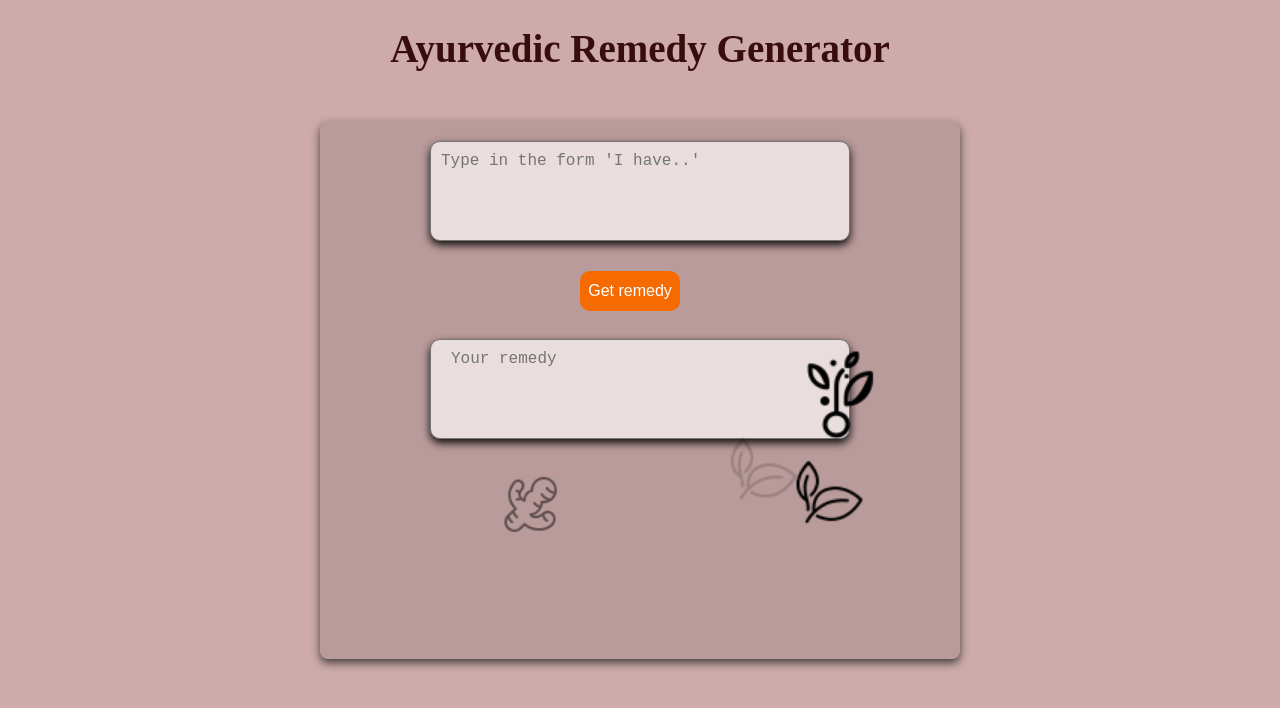
Repository: krutarthh/Ayurvedic-Remedy
Page: index.html
These files come from the project's save history. The page is drawn as it stood at one moment and after the next save; the edit follows.
The browser window is 1280 px wide. The pictures show the whole page.

Above is the page before, as saved 2024-04-07 15:17:18.

After the next save:
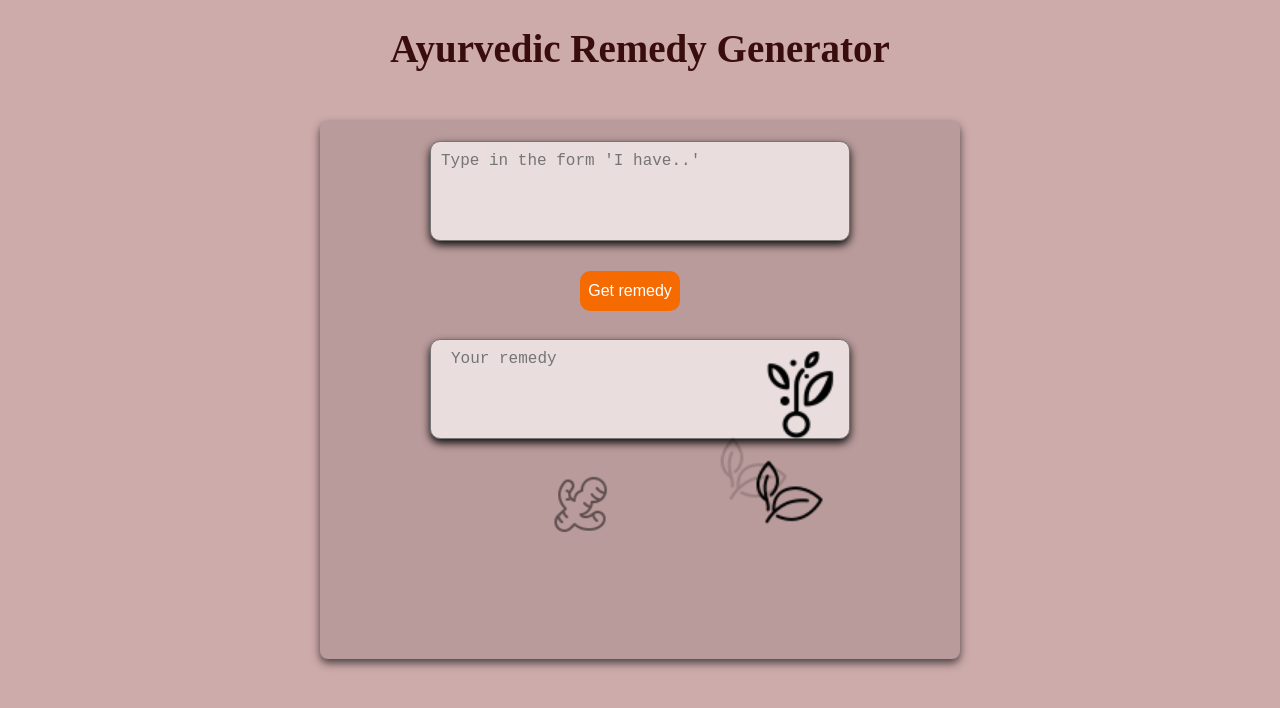
Saved 12 s later.
--- a/app.css
+++ b/app.css
@@ -62,7 +62,7 @@ background-color: #e9dddd;
     margin: auto;
     position: relative;
     width: 30%;
-    min-width: 300px;
+    min-width: 200px;
     height: 200px;
     border: 0px solid #000;
   }
